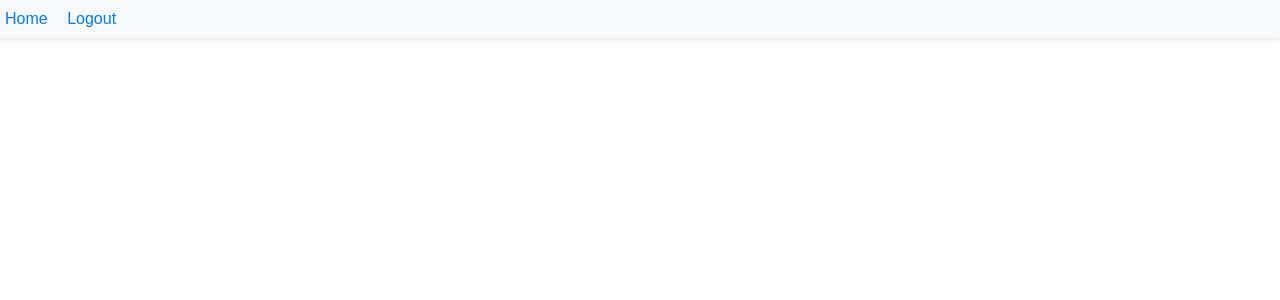
Repository: Faisal-Abdo/Savings_App_Django
Page: http://localhost/home/
These files come from the project's save history. The page is drawn as it stood at one moment and after the next save; the edit follows.
The browser window is 1280 px wide. The pictures show the whole page.
The page is served by the project's application, run on Django 4.2 (manage.py).

Above is the page before, as saved 2024-07-24 23:49:11.

After the next save:
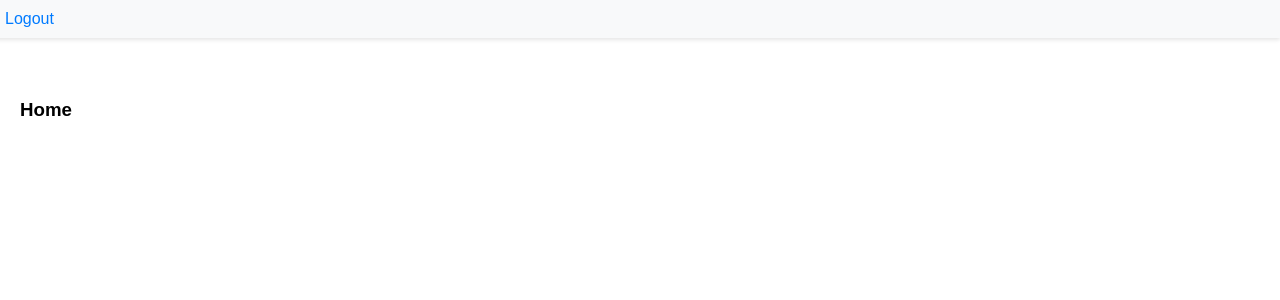
Saved 64 s later.
--- a/registration/templates/home.html
+++ b/registration/templates/home.html
@@ -36,10 +36,10 @@
 </head>
 <body>
     <div class="header">
-        <a >Home</a>
         <a href="{% url 'logout' %}">Logout</a>
     </div>
     <div class="content">
+        <h3>Home</h3>
         <!-- Page content goes here -->
     </div>
 </body>
